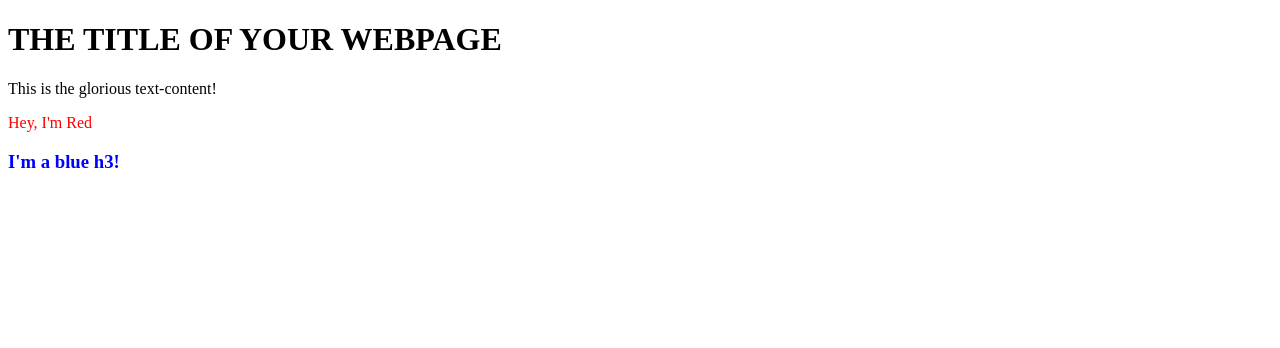
Repository: mnhardy1504/odin-recipes1
Page: repos/js-practice/indextwo.html
The author's editor kept a copy of each file at every save. The page is drawn from the files as they stood at one save, then again after the next save.
The browser window is 1280 px wide. The pictures show the whole page.

Above is the page before, as saved 2023-10-15 13:33:39.

After the next save:
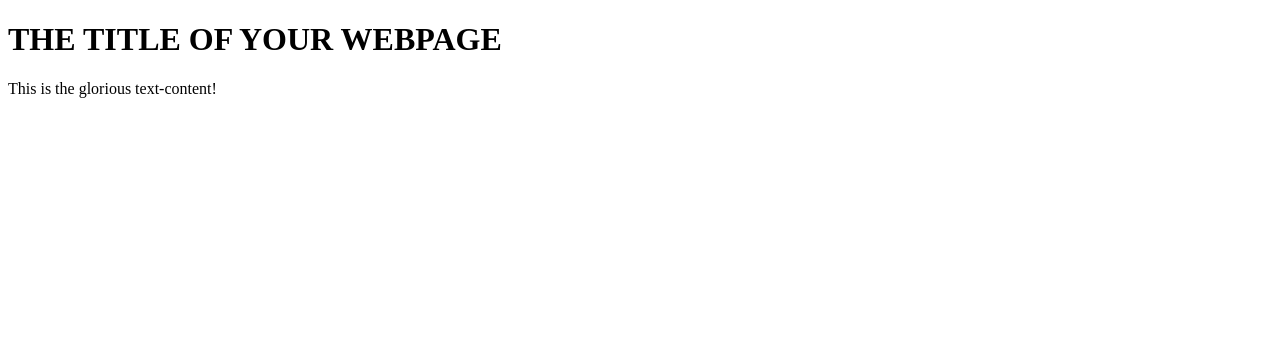
Console error: ReferenceError: mainDiv is not defined
Saved 14 min 41 s later.
--- a/repos/js-practice/indextwo.js
+++ b/repos/js-practice/indextwo.js
@@ -8,5 +8,18 @@
 blueText.textContent = "I'm a blue h3!";
 blueText.style.color = 'blue';
 
+mainDiv.style.border = '2px solid black'; // Add a black border
+mainDiv.style.backgroundColor = 'pink';
+
+const h1Element = document.createElement('h1');
+h1Element.textContent = "I'm in a div";
+
+const pElement = document.createElement('p');
+pElement.textContent = "ME TOO!";
+
+mainDiv.appendChild(h1Element);
+mainDiv.appendChild(pElement);
+
 container.appendChild(redText);
 container.appendChild(blueText);
+container.appendChild(mainDiv);

After the save that followed:
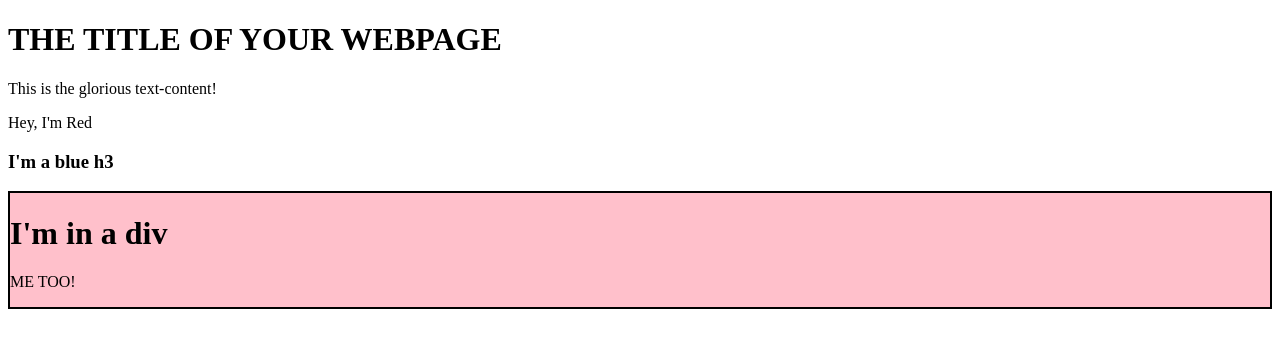
The error is gone.
Saved 2 min 7 s later.
--- a/repos/js-practice/indextwo.js
+++ b/repos/js-practice/indextwo.js
@@ -1,25 +1,36 @@
+// Select the parent element
 const container = document.querySelector('#container');
 
+// Create the first <p> element with red text
 const redText = document.createElement('p');
 redText.textContent = 'Hey, I\'m Red';
-redText.style.color = 'red';
+redText.classList.add('red-text');
 
+// Create the second <h3> element with blue text
 const blueText = document.createElement('h3');
-blueText.textContent = "I'm a blue h3!";
-blueText.style.color = 'blue';
+blueText.textContent = "I'm a blue h3";
+blueText.classList.add('blue-text');
 
-mainDiv.style.border = '2px solid black'; // Add a black border
+// Append the elements to the parent container
+container.appendChild(redText);
+container.appendChild(blueText);
+
+// Create the main <div> element with a black border and pink background
+const mainDiv = document.createElement('div');
+mainDiv.style.border = '2px solid black';
 mainDiv.style.backgroundColor = 'pink';
 
+// Create an <h1> element inside the main <div>
 const h1Element = document.createElement('h1');
 h1Element.textContent = "I'm in a div";
 
+// Create a <p> element inside the main <div>
 const pElement = document.createElement('p');
 pElement.textContent = "ME TOO!";
 
+// Append the <h1> and <p> to the main <div>
 mainDiv.appendChild(h1Element);
 mainDiv.appendChild(pElement);
 
-container.appendChild(redText);
-container.appendChild(blueText);
+// Append the main <div> to the container
 container.appendChild(mainDiv);
